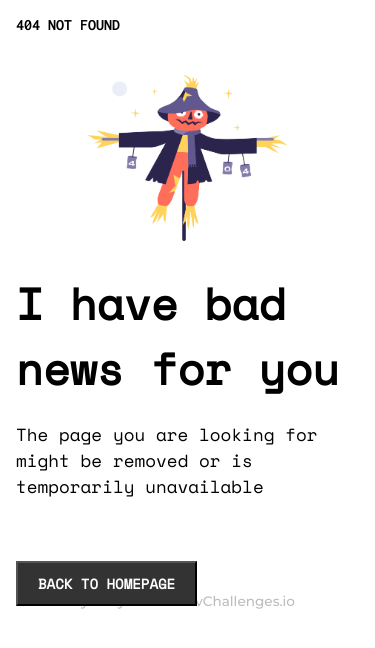
Repository: kellyalves87/404_not_found
Page: index.html
An editor plug-in stored every save of this project. The page is shown before and after the next save, followed by the edit.
The browser window is 375 px wide. The pictures show the whole page.

Above is the page before, as saved 2021-05-16 16:01:09.

### index.html
<!DOCTYPE html>
<html lang="en">

<head>
  <meta charset="utf-8" />
  <meta name="viewport" content="width=device-width, initial-scale=1,
  maximum-scale=5" />
  <link rel="icon" href="./assets/devchallenges.png" />
  <link rel="shortcut icon" type="image/x-icon" href="https://devchallenges.io/" />
  <link rel="preconnect" href="https://fonts.gstatic.com">
<link href="https://fonts.googleapis.com/css2?family=Inconsolata:wght@700&family=Montserrat:wght@500&family=Space+Mono:ital,wght@0,400;1,700&display=swap" rel="stylesheet">
  <link rel="stylesheet" href="./style/index.css">
  <link rel="stylesheet" href="./style/reset.css">
  <title>Devchallenges</title>
</head>

<header class="header">
  <h1>404 not found</h1>
</header>

<body>
  <section class="content">
    <img src="./assets/Scarecrow.png" alt="straw man">
    <h1>I have bad news for you</h1>
    <p>The page you are looking for might be removed or is temporarily unavailable</p>
  </section>
  <div class="button">
    <button type="button">back to homepage</button>
  </div>
    <footer class="footer">
      <a href="https://github.com/kellyalves87">created by Kelly Alves - <a href="https://devchallenges.io/">devChallenges.io</a>
    </footer>
</body>

</html>

### style/index.css
/* Mobile first */
@media only screen and (max-width: 400px) {
  body {
    display: flex;
    flex-direction: column;
  }

  .header h1 {
    font-family: inconsolata, sans-serif;
    font-size: 1rem;
    text-transform: uppercase;
  }

  .content img {
    padding-top: 10px;
    display: flex;
    margin: auto;
    width: 200px;
  }

  .header,
  .content,
  .button,
  .footer {
    margin: 1rem;
  }

  .content h1,
  p,
  button {
    font-family: Space Mono, sans-serif;
  }

  .content h1,
  button {
    font-weight: 700;
  }

  .content h1 {
    font-size: 2.75rem;
    padding-top: 30px;
    padding-bottom: 10px;
  }

  .content p {
    font-size: 1.1rem;
    font-weight: 400;
    padding-bottom: 30px;
    padding-top: 10px;
  }

  button {
    color: #ffffff;
    cursor: pointer;
    background-color: #333333;
    font-size: 14px;
    position: absolute;
    padding: 10px 20px;
    text-transform: uppercase;
  }

  .footer {
    font-size: 0.85rem;
  }
  .footer a {
    color: #bdbdbd;
    font-family: Montserrat, sans-serif;
    text-decoration: none;
  }
}

Loaded but not shown: style/reset.css (common file)

After the next save:
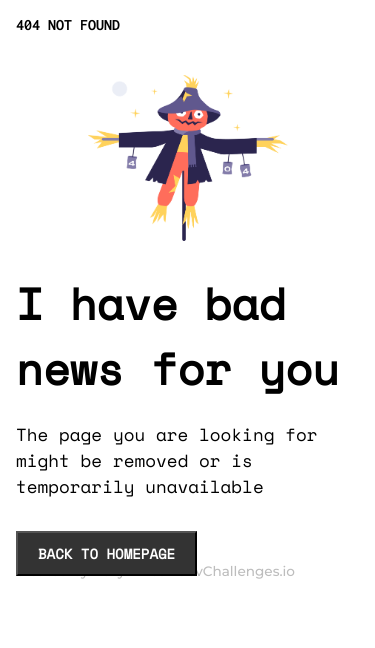
Saved 67 s later.
--- a/style/index.css
+++ b/style/index.css
@@ -45,7 +45,6 @@
   .content p {
     font-size: 1.1rem;
     font-weight: 400;
-    padding-bottom: 30px;
     padding-top: 10px;
   }
 
